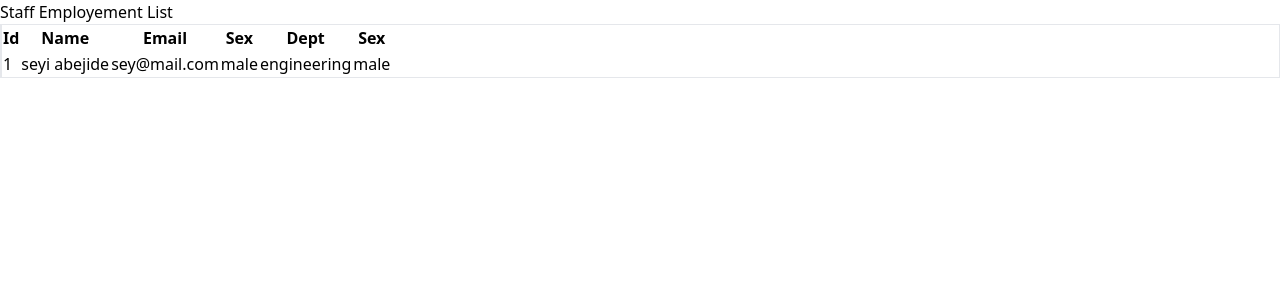
Repository: Semanmernstack/crud
Page: /
An editor plug-in stored every save of this project. The page is shown before and after the next save, followed by the edit.
The browser window is 1280 px wide. The pictures show the whole page.
The project was rebuilt for these pictures with package versions that can differ from the ones it lists, and the page was loaded fresh each time. Also part of the build but not shown: src/Details.js, src/Create.js, src/Edit.js.

Above is the page before, as saved 2022-12-23 03:20:23.

### src/App.js
import List from "./List";
import {
  BrowserRouter,
  Routes,
  Route,

} from "react-router-dom";
import Details from "./Details";
import Create from "./Create";
import Edit from "./Edit";



function App() {
  return (
    <div className="">
      <BrowserRouter>

      <Routes>
        <Route path="/" element={<List/>}> </Route>
        <Route path="/employee/create" element={<Create/>}> </Route>
        <Route path="/employee/details/:empid" element={<Details/>}> </Route>
        <Route path="/employee/edit/:empid" element={<Edit/>}> </Route>
      </Routes>
      </BrowserRouter>

    </div>
  );
}

export default App;

### src/List.js
import React from 'react'

function List() {
  return (
    <div className="overflow-x-auto w-full ">

        <p>Staff Employement List</p>


        <table className="w-full border  " >
            <div className="">
            <thead>
                <tr className="border-l">
                    <th>Id</th>
                    <th>Name</th>
                    <th>Email</th>
                    <th>Sex</th>
                    <th>Dept</th>
                    <th>Sex</th>

                </tr>
            </thead>

            <tbody>
                <tr className="border-l">
                    <td>1</td>
                    <td>seyi abejide</td>
                    <td>sey@mail.com</td>
                    <td>male</td>
                    <td>engineering</td>
                    <td>male</td>
                </tr>
            </tbody>
            </div>
        </table>


    </div>
  )
}

export default List

Loaded but not shown: public/index.html (common file); src/index.js (common file); src/index.css (common file); src/reportWebVitals.js (common file); tailwind.config.js (common file)

After the next save:
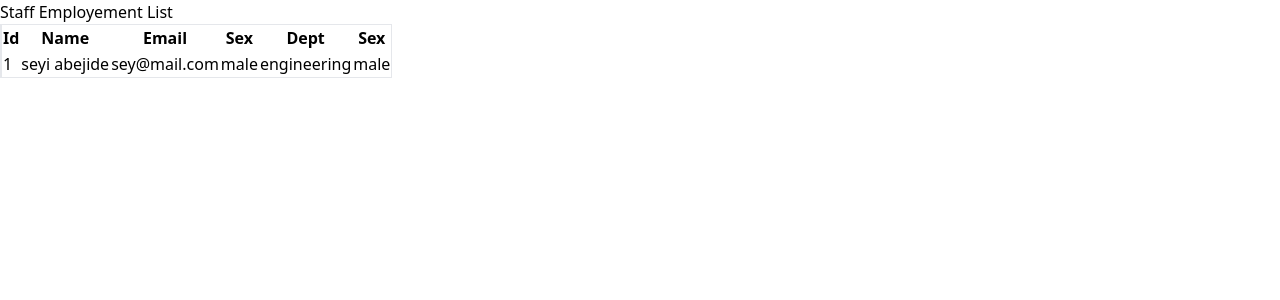
Saved 11 s later.
--- a/src/List.js
+++ b/src/List.js
@@ -7,7 +7,7 @@ function List() {
         <p>Staff Employement List</p>
 
 
-        <table className="w-full border  " >
+        <table className=" border  " >
             <div className="">
             <thead>
                 <tr className="border-l">

After the save that followed:
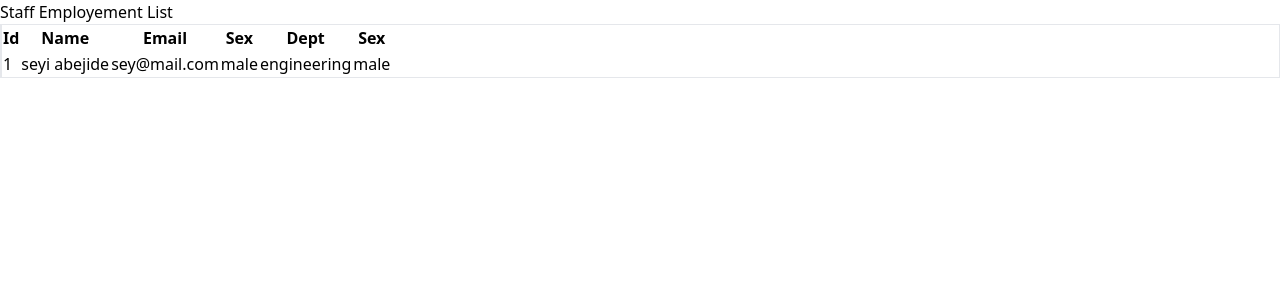
Saved 8 s later.
--- a/src/List.js
+++ b/src/List.js
@@ -7,7 +7,7 @@ function List() {
         <p>Staff Employement List</p>
 
 
-        <table className=" border  " >
+        <table className=" w-full border  " >
             <div className="">
             <thead>
                 <tr className="border-l">
